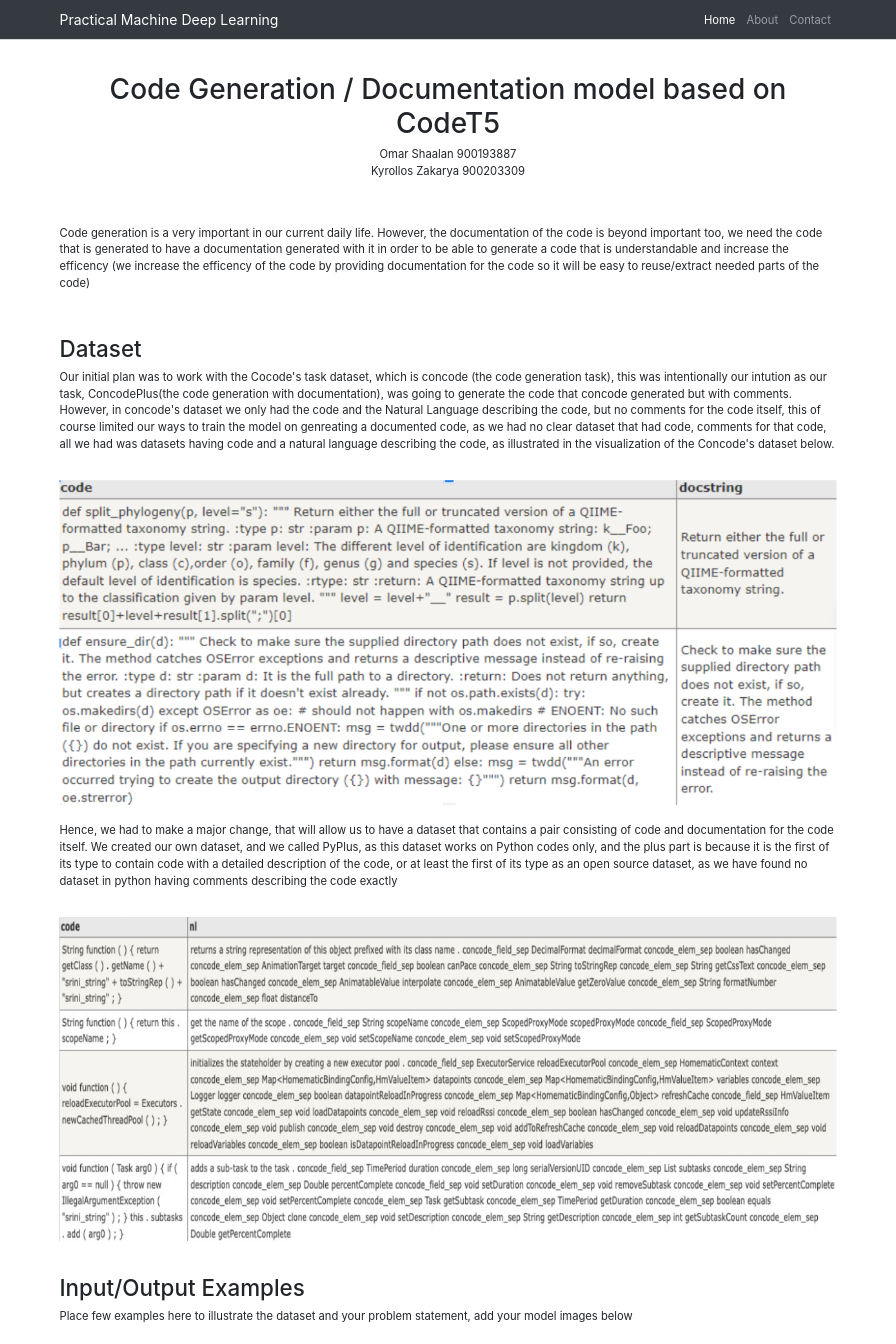
Repository: Shaalan-omar/ConcodePlus
Page: team-specific/index.html
The author's editor kept a copy of each file at every save. The page is drawn from the files as they stood at one save, then again after the next save.
The browser window is 1280 px wide. The pictures show the part of the page from y = 0 to 1920 px (the page is 6613 px tall), at 70% of full size.

Above is the page before, as saved 2023-05-12 00:39:29.

After the next save:
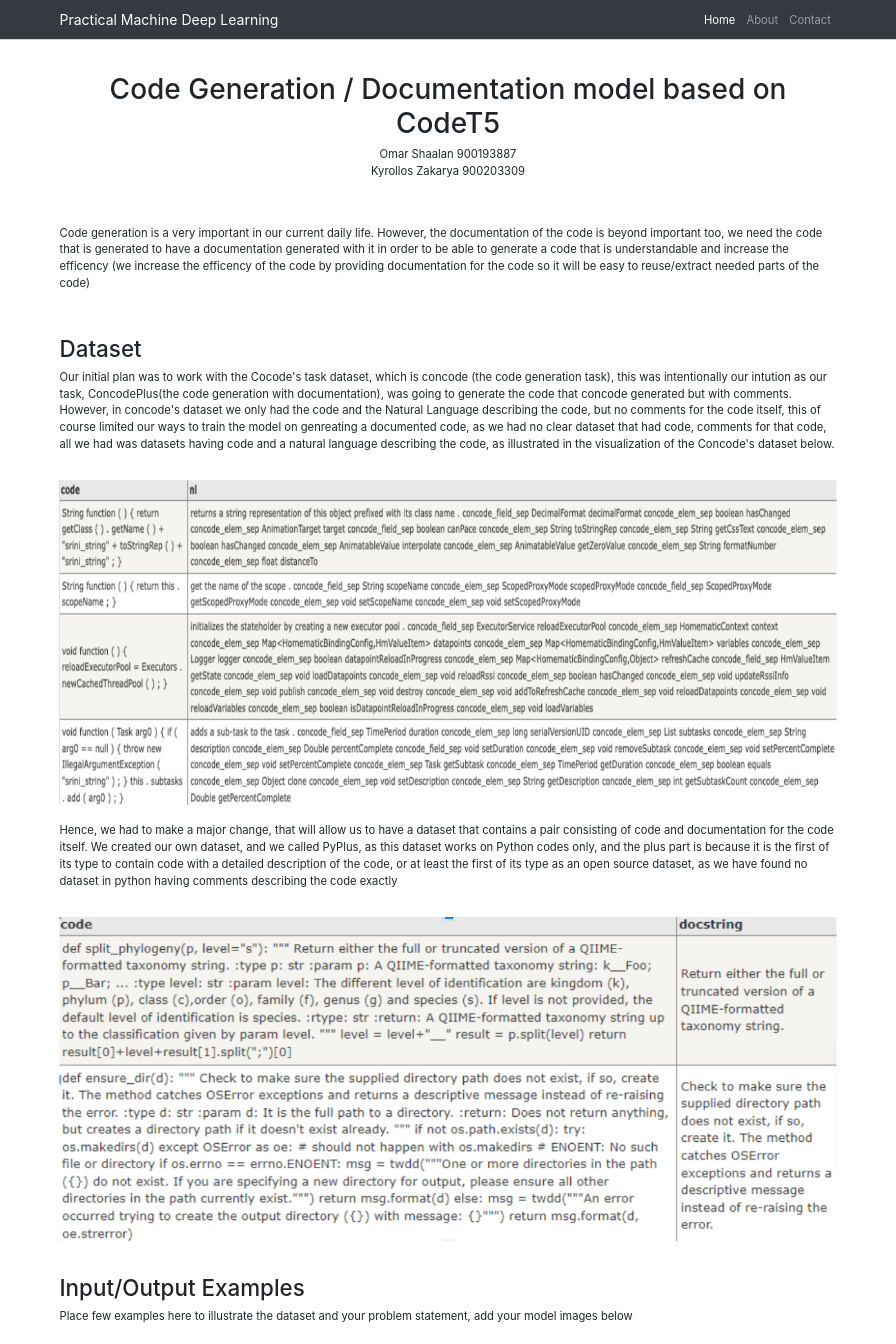
Saved 79 s later.
--- a/team-specific/index.html
+++ b/team-specific/index.html
@@ -79,7 +79,7 @@
     </p>
     <br/> <!-- Empty Line before the image -->
     <div class="img-container" align="center"> <!-- Block parent element -->
-        <img src="resources/images/dataset.png" class="img-fluid text-center">
+        <img src="resources/images/concode.png" class="img-fluid text-center">
     </div>
     <br/> <!-- Empty Line after the image -->
 <p>
@@ -89,7 +89,7 @@
 </p>
 <br/> <!-- Empty Line before the image -->
 <div class="img-container" align="center"> <!-- Block parent element -->
-    <img src="resources/images/concode.png" class="img-fluid text-center">
+    <img src="resources/images/dataset.png" class="img-fluid text-center">
 </div>
 
       </div>
